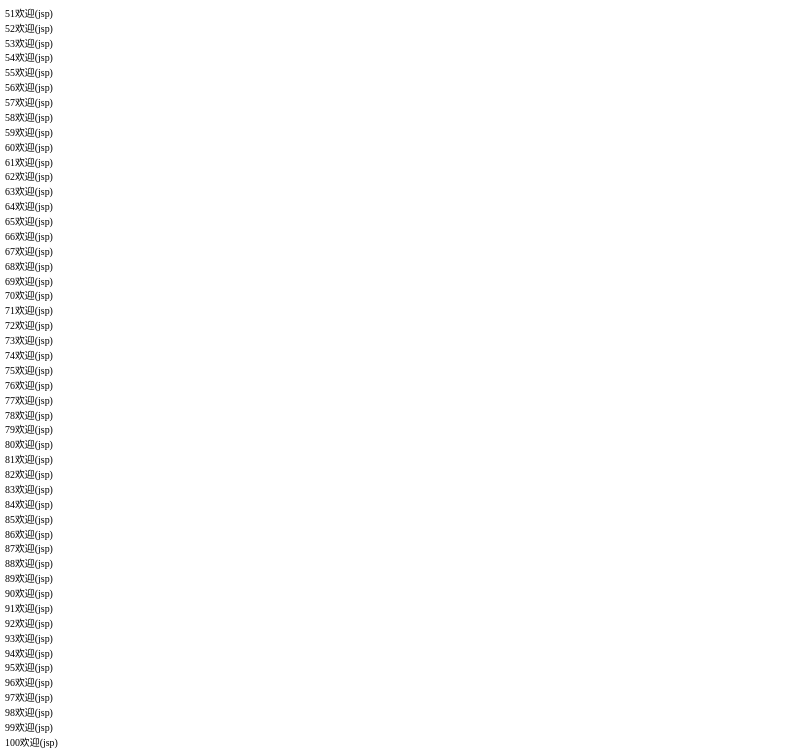
Repository: Matty-GCU/MyEclipse
Page: http://localhost/Java_Web_Learning/chapter04_JSP基本语法/homework/4.99hw2.jsp
The author's editor kept a copy of each file at every save. The page is drawn from the files as they stood at one save, then again after the next save.
The browser window is 1280 px wide. The pictures show the whole page, at 62% of full size.
The page is served by Tomcat 9.

Above is the page before, as saved 2021-09-21 16:51:34.

After the next save:
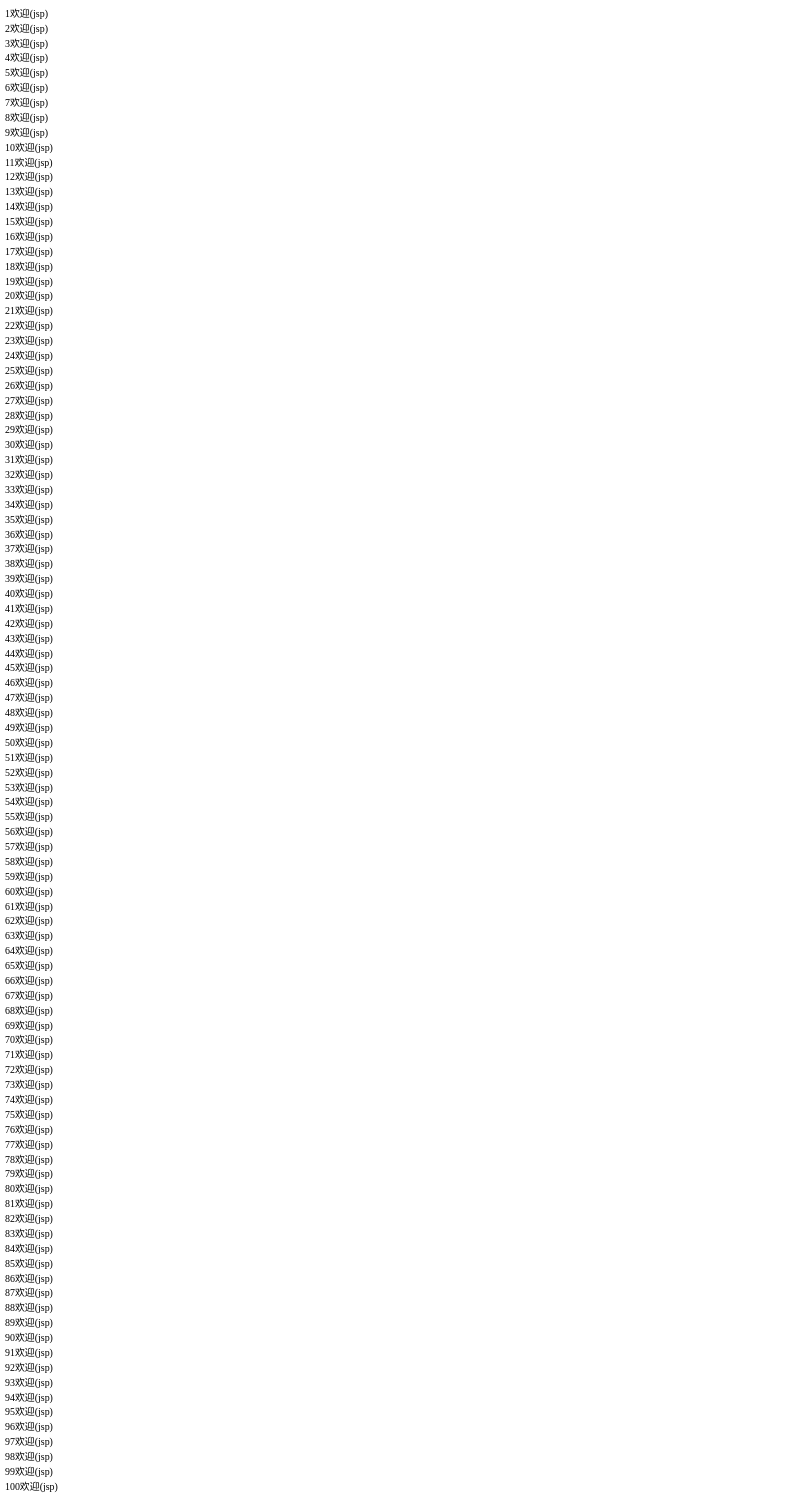
Saved 6 s later.
--- a/Java_Web_Learning/WebRoot/chapter04_JSP基本语法/homework/4.99hw2.jsp
+++ b/Java_Web_Learning/WebRoot/chapter04_JSP基本语法/homework/4.99hw2.jsp
@@ -8,7 +8,7 @@
 	</head>
 	<body>
 		<%
-			for(int i = 51; i <= 100; i++) {
+			for(int i = 1; i <= 100; i++) {
 		%>
 			<%=i + "欢迎(jsp)<br>"%>
 		<%
